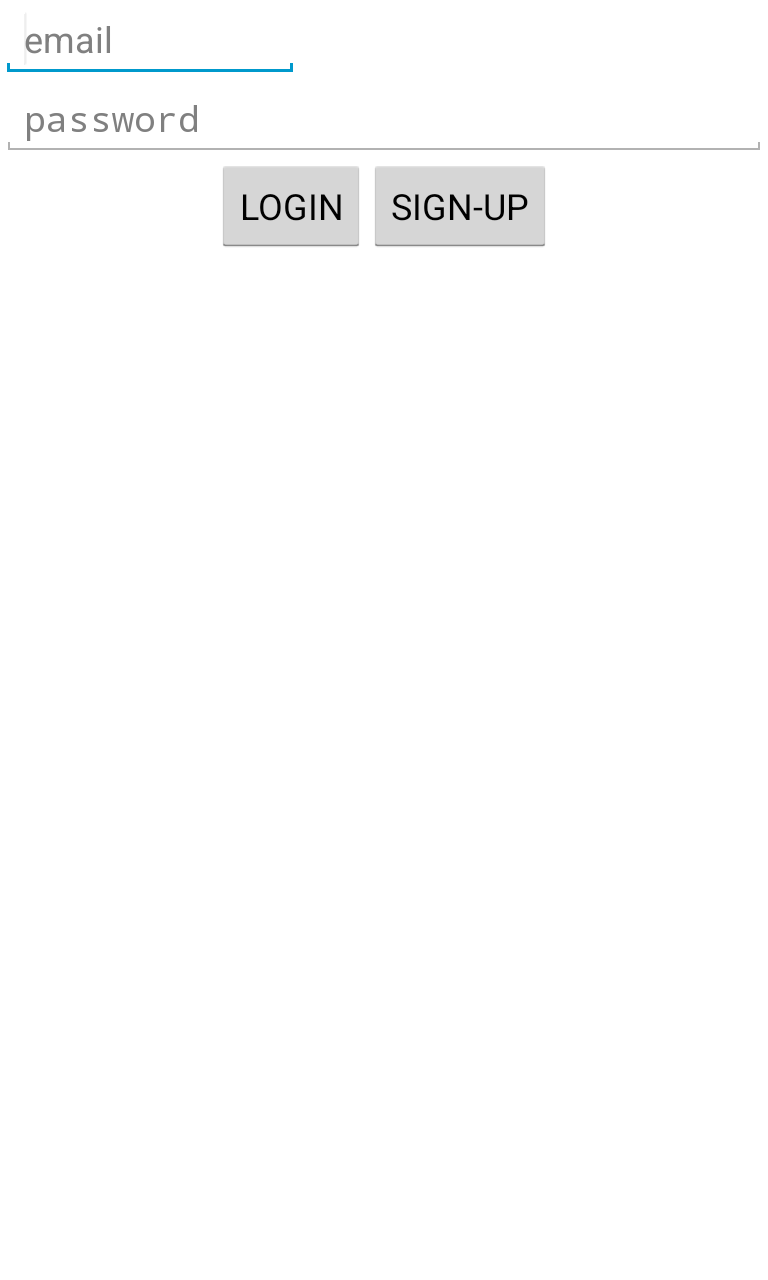
Repository: elvispap/The_Voice_of_People_Android_app
Layout: Voice of People/res/layout/login.xml
These files come from the project's save history. The layout is drawn as it stood at one moment and after the next save; the edit follows.
It is drawn on a 768 x 1280 px phone screen (xhdpi) without system bars, with theme AppTheme; the app's code is not run.

Above is the layout before, as saved 2014-01-02 15:58:45.

After the next save:
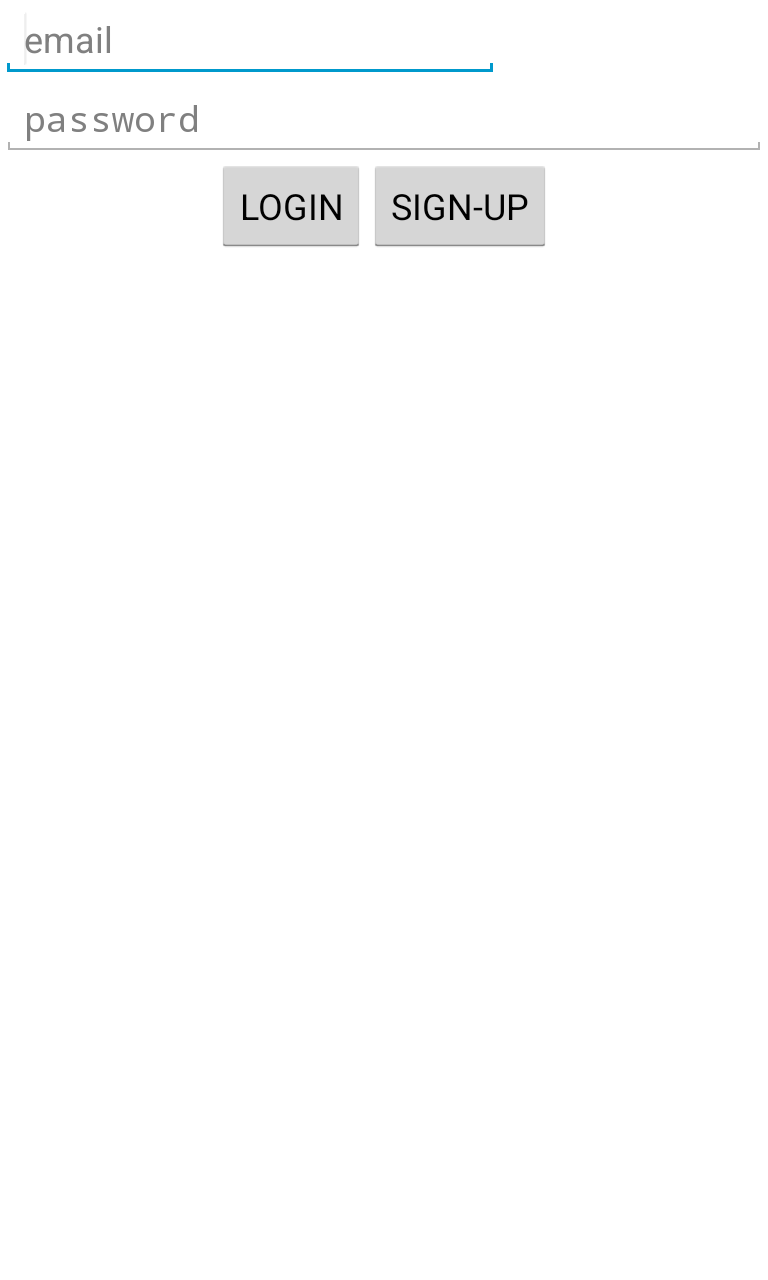
Saved 17 s later.
--- a/Voice of People/res/layout/login.xml
+++ b/Voice of People/res/layout/login.xml
@@ -6,7 +6,7 @@
 
     <EditText
         android:id="@+id/email"
-        android:layout_width="150dp"
+        android:layout_width="250dp"
         android:layout_height="wrap_content"
         android:ems="10"
         android:hint="email"
